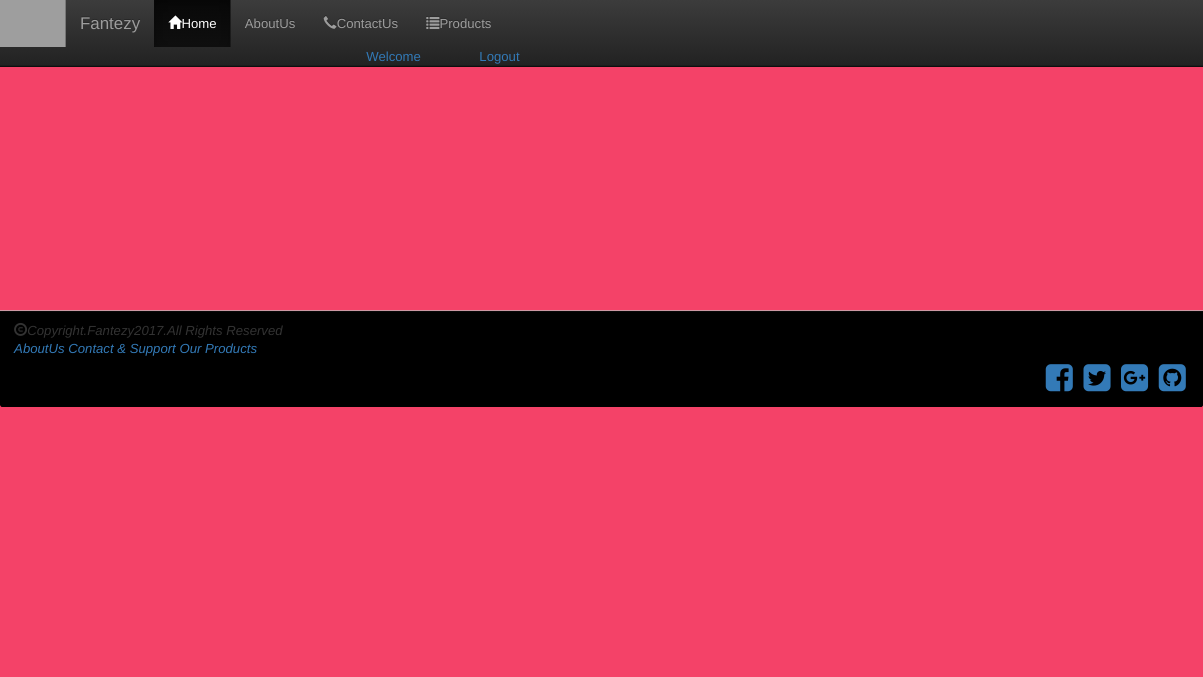
Repository: Safna93/eCommerce-project
Page: http://localhost/FantezyFrontendProject/WEB-INF/views/ProductPage.jsp
An editor plug-in stored every save of this project. The page is shown before and after the next save, followed by the edit.
The browser window is 1280 px wide. The pictures show the whole page, at 94% of full size.
Pictures or frames that could not be fetched are drawn as grey boxes. Some web libraries are served in a nearby version. The page is served by Tomcat 9. Nobody is signed in. Other server files are loaded and not shown. The template is opened directly, without the code that normally fills it, so the values that code supplies are empty.

Above is the page before, as saved 2017-07-12 17:16:33.

### Fantezy Project 1/Fantezy/FantezyFrontendProject/src/main/webapp/WEB-INF/views/ProductPage.jsp
<%@ page language="java" contentType="text/html"%>
<%@ taglib uri="http://java.sun.com/jsp/jstl/core" prefix="c"%>
<%@taglib prefix="form" uri="http://www.springframework.org/tags/form"%>

<%@include file="UsersHeader.jsp"%>
<br><br><br><br>
<div id="container">

<c:forEach items="${prodlist}" var="product">
<div class="column">
<div class="col-sm-6 col-md-3">

<a href="ProductDesc/${product.prodid}" class="thumbnail">

<img src="<c:url value="../resources/images/${product.prodid}.jpg"/>" alt="Generic placeholder thumbnail"/>
</a>

<div class="caption">

<h3><b><i>PRODUCT NAME:</i></b></h3>${product.prodname}

<p><i><b>Rs.${product.price}
<p><h4><b>${product.pimage}</b></h4></p>

</div>
</div>
</div>
</c:forEach>
</div>
<br><br><br><br><br><br><br><br><br><br>
<%@include file="Footer.jsp" %>

### Fantezy Project 1/Fantezy/FantezyFrontendProject/src/main/webapp/WEB-INF/views/UsersHeader.jsp
<!DOCTYPE html>
<html lang="en">
<head>
<title>Fatntezy-The Girlz Corner</title>
<meta charset="utf-8">
<meta name="viewport" content="width=device-width, initial-scale=1">
<%@ taglib uri="http://java.sun.com/jsp/jstl/core" prefix="c"%>
<link rel="stylesheet"
	href="https://maxcdn.bootstrapcdn.com/bootstrap/3.3.7/css/bootstrap.min.css">
<link href="<c:url value="/resources/css/Head.css" />" rel="stylesheet">
<script
	src="https://ajax.googleapis.com/ajax/libs/jquery/3.2.1/jquery.min.js"></script>
<script
	src="https://maxcdn.bootstrapcdn.com/bootstrap/3.3.7/js/bootstrap.min.js"></script>
</head>
<body>


<body style="background-color:#f44268">

	<div class="header">
		<div class="container">
			<header style="height: 50px;"></header>
			<!------------- Navbar -------------->
			<nav class="my-nav navbar navbar-inverse bs-dark navbar-fixed-top">
				<div class="navbar-header"></div>


<div class="collapse navbar-collapse"
					id="bs-example-navbar-collapse-1">
					<ul class="nav navbar-nav">
						<div class="navbar-header">
							<a href="ioo" class="pull-left"><img
								src="http://cdn.wallpapersafari.com/62/23/dgHULI.jpg"
								width="70" height="50"></a>
							<div class="navbar-brand">Fantezy</div>


						</div>

						<li class="active"><a href="Main"><span
								class="glyphicon glyphicon-home"></span>Home</a></li>

						<li><a href="AboutUs">AboutUs</a></li>
						<li><a href="ContactUs"><span
								class="glyphicon glyphicon-earphone"></span>ContactUs</a></li>
						<li><a href="displayProducts"><span
								class="glyphicon glyphicon-list"></span>Products</a></li>
						</li>
						<ul>

						<div class="nav navbar-nav navbar-right">
						<a href="#">Welcome&nbsp;${sessionScope.username}</a>
						&nbsp;&nbsp;&nbsp;&nbsp;&nbsp;&nbsp;&nbsp;&nbsp;&nbsp;&nbsp;&nbsp;&nbsp;&nbsp;
							<a href="logout">Logout</a> </a>
						</div>
					</ul>


					</ul>


				</div>


				</li>
				</ul>
		</div>
		</nav>
	</div>

	<!----------- !Navbar End ------------>


	</div>

### Fantezy Project 1/Fantezy/FantezyFrontendProject/src/main/webapp/WEB-INF/views/Footer.jsp


<html lang="en">
<head>
<title>Fantezy</title>
  <meta charset="utf-8">
  <meta name="viewport" content="width=device-width, initial-scale=1"><!-- Latest compiled and minified CSS -->
<link rel="stylesheet" href="https://maxcdn.bootstrapcdn.com/bootstrap/3.3.4/css/bootstrap.min.css">
<link rel="stylesheet" href="https://cdnjs.cloudflare.com/ajax/libs/font-awesome/4.6.3/css/font-awesome.min.css">
<!-- Optional theme -->
<link rel="stylesheet" href="https://maxcdn.bootstrapcdn.com/bootstrap/3.3.4/css/bootstrap-theme.min.css">
 <!-- jQuery (necessary for Bootstrap's JavaScript plugins) -->
    <script src="https://ajax.googleapis.com/ajax/libs/jquery/1.11.2/jquery.min.js"></script>
<!-- Latest compiled and minified JavaScript -->
<script src="https://maxcdn.bootstrapcdn.com/bootstrap/3.3.4/js/bootstrap.min.js"></script>
  <style>
.panel-footer{
	background-color: black;
	font-style: oblique;
}
body{
	background-color: white;
	font:oblique;
	size:18;
}
.social:hover {
     -webkit-transform: scale(1.1);
     -moz-transform: scale(1.1);
     -o-transform: scale(1.1);
 }
 .social {
     -webkit-transform: scale(0.8);
     /* Browser Variations: */

     -moz-transform: scale(0.8);
     -o-transform: scale(0.8);
     -webkit-transition-duration: 0.5s;
     -moz-transition-duration: 0.5s;
     -o-transition-duration: 0.5s;
 }
/*
    Multicoloured Hover Variations
*/

 #social-fb:hover {
     color: #3B5998;
 }
 #social-tw:hover {
     color: #4099FF;
 }
 #social-gp:hover {
     color: #d34836;
 }
 #social-gh:hover {
     color: black;
 }
</style>
</head>
<body>
<div class="panel-footer">

  <span class="glyphicon glyphicon-copyright-mark"></span>Copyright.Fantezy2017.All Rights Reserved
<div class="text-left left-block">
<a href="AboutUs">AboutUs</a></li>

<a href="ContactUs">Contact & Support</a>
<a href="displayProducts">Our Products</a>





<div class="text-right right-block">

                <a href="https://www.facebook.com"><i id="social-fb" class="fa fa-facebook-square fa-3x social"></i></a>
	            <a href="https://twitter.com"><i id="social-tw" class="fa fa-twitter-square fa-3x social"></i></a>
	            <a href="https://plus.google.com"><i id="social-gp" class="fa fa-google-plus-square fa-3x social"></i></a>
	            <a href="https://github.com"><i id="social-gh" class="fa fa-github-square fa-3x social"></i></a>
</div>

</div>


</body>
</html>

### Fantezy Project 1/Fantezy/FantezyFrontendProject/src/main/webapp/resources/css/Head.css


.bs-dark.navbar-inverse {
  background-color: #222;
  border-color: #080808;
}
.bs-dark .navbar-img {padding:5px 6px !important;}
.bs-dark .navbar-img img {width:40px;}
.bs-dark .dropdown-menu {
  min-width: 200px;
  padding: 5px 0;
  margin: 2px 0 0;
  background-color: #000;
  border: 1px solid rgba(0, 0, 0, 0.7);
  border: 1px solid rgba(0, 0, 0, .15);
  -webkit-box-shadow: 0 6px 12px rgba(0, 0, 0, .175);
          box-shadow: 0 6px 12px rgba(0, 0, 0, .175);
}

.bs-dark .dropdown-menu .divider {
  border: 1px solid rgba(0, 0, 0, 0.8);
}
.bs-dark .dropdown-menu > li > a {
  padding: 6px 20px;
  color: rgba(255,255,255,0.80);
}
.bs-dark .dropdown-menu > li > a:hover,
.bs-dark .dropdown-menu > li > a:focus {
  color: rgba(255,255,255,0.70);
  text-decoration: none;
  background-color: transparent;
}
.bs-dark .dropdown-menu > .active > a,
.bs-dark .dropdown-menu > .active > a:hover,
.bs-dark .dropdown-menu > .active > a:focus {
  color: rgba(255,255,255,0.70);
  text-decoration: none;
  background-color: transparent;
  outline: 0;
}

.bs-dark .navbar-form {
  margin:0;
  margin-top: 5px;
  padding:8px 0px;
}

.bs-dark .navbar-form .search-box {
  border:0px;
  height:35px;
  outline: none;
  width:320px;
  padding-right: 3px;
  padding-left: 15px;
  margin:4px;
  -webkit-border-radius: 22px;
  -moz-border-radius: 22px;
  border-radius: 22px;
}

.bs-dark .navbar-form button {
  border: 0;
  background: none;
  padding: 2px 5px;
  margin-top: 2px;
  position: relative;
  left: -34px;
  margin-bottom: 0;
  -webkit-border-radius: 3px;
  -moz-border-radius: 3px;
  border-radius: 3px;
}

.bs-dark .search-box:focus + button {
  z-index: 3;
}

@media (min-width: 768px) {
    .bs-dark .dropdown:hover {background-color: #000;}
	.bs-dark .dropdown:hover .dropdown-menu {
	  display: block;
	}
	.bs-dark .navbar-form {
	  padding:0px;
	}
	.bs-dark .navbar-form .search-box {
	  width:260px;
	  height:32px;
	}

}

After the next save:
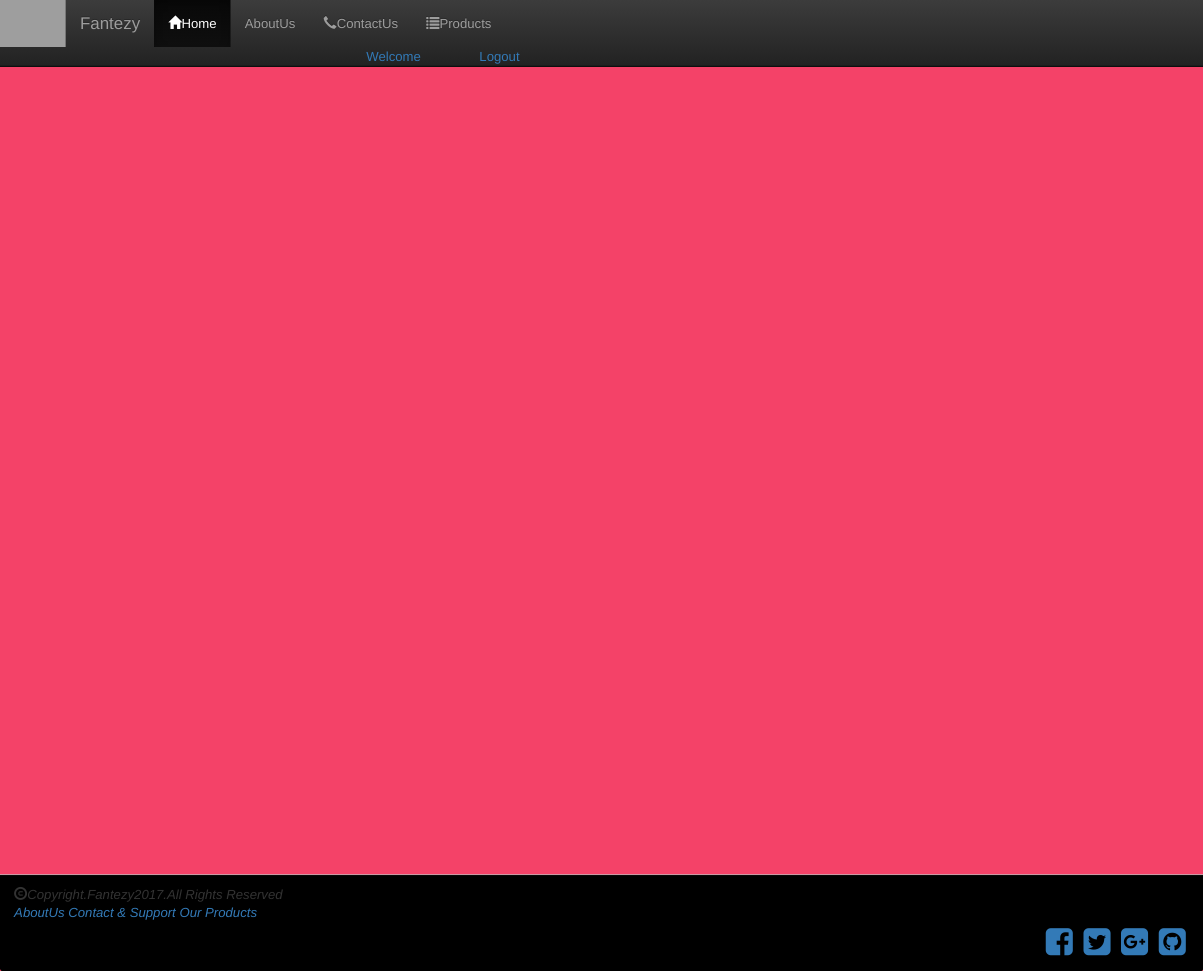
Saved 3 min 6 s later.
--- a/Fantezy Project 1/Fantezy/FantezyFrontendProject/src/main/webapp/WEB-INF/views/ProductPage.jsp
+++ b/Fantezy Project 1/Fantezy/FantezyFrontendProject/src/main/webapp/WEB-INF/views/ProductPage.jsp
@@ -27,5 +27,5 @@
 </div>
 </c:forEach>
 </div>
-<br><br><br><br><br><br><br><br><br><br>
+<br><br><br><br><br><br><br><br><br><br><br><br><br><br><br><br><br><br><br><br><br><br><br><br><br><br><br><br><br><br><br><br><br><br><br><br><br><br><br><br>
 <%@include file="Footer.jsp" %>
